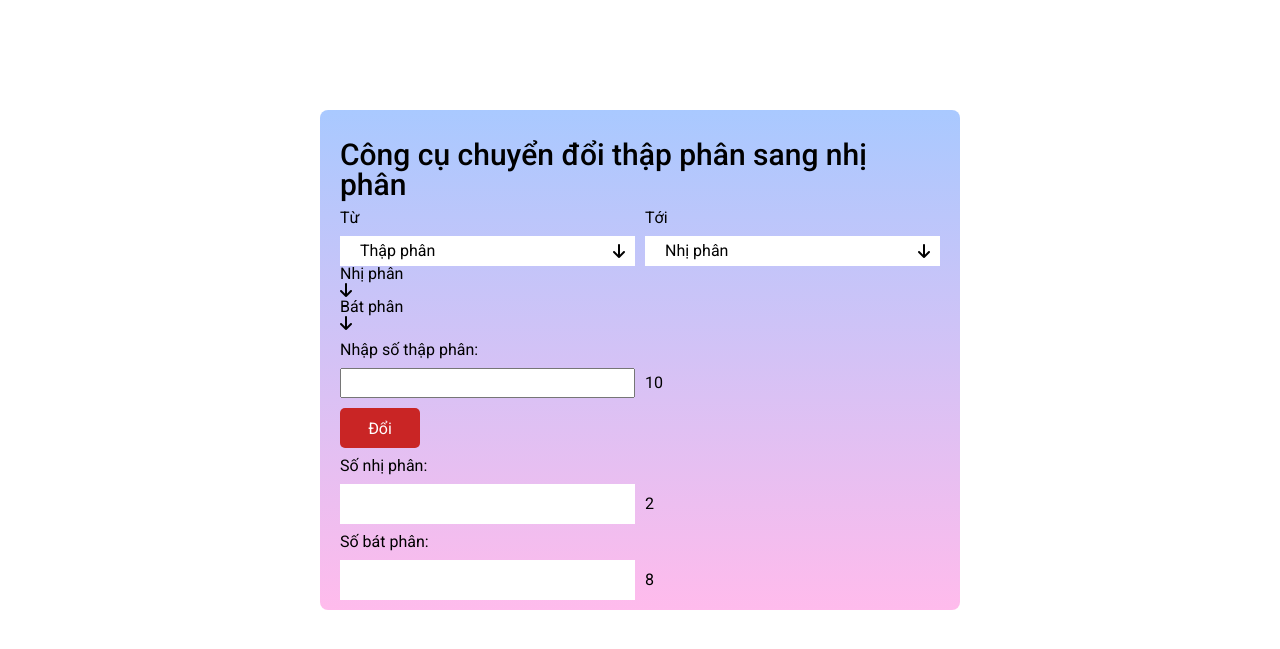
Repository: thuanpham00/covertNumber
Page: index.html
An editor plug-in stored every save of this project. The page is shown before and after a run of saves, followed by the edit.
The browser window is 1280 px wide. The pictures show the whole page.
Some web libraries are served in a nearby version. The style sheet was rebuilt from its Sass, Less or Tailwind sources for each picture, by a compiler version that may differ from the author's.

Above is the page before, as saved 2023-11-05 16:43:10.
Console error: TypeError: Cannot read properties of null (reading 'addEventListener')

### index.html
<!DOCTYPE html>
<html lang="en">
    <head>
        <meta charset="UTF-8" />
        <meta name="viewport" content="width=device-width, initial-scale=1.0" />
        <title>Convert Number</title>
        <link rel="stylesheet" href="./assets/css/main.css" />
        <link rel="preconnect" href="https://fonts.googleapis.com" />
        <link rel="preconnect" href="https://fonts.gstatic.com" crossorigin />
        <link
            href="https://fonts.googleapis.com/css2?family=Roboto:wght@400;500;700;900&display=swap"
            rel="stylesheet"
        />
        <script src="https://kit.fontawesome.com/3115b3f4f1.js"></script>
    </head>
    <body>
        <div class="container">
            <h1 class="title">Công cụ chuyển đổi thập phân sang nhị phân</h1>
            <div class="row">
                <span class="row__desc">Từ</span>
                <span class="row__desc">Tới</span>
            </div>
            <div class="row">
                <div class="row__type">
                    <div class="row__item">Thập phân</div>
                    <div class="row__icon">
                        <i class="fa-solid fa-arrow-down"></i>
                    </div>
                </div>

                <div class="row__type">
                    <div class="row__item">Nhị phân</div>
                    <div class="row__icon">
                        <i class="fa-solid fa-arrow-down"></i>
                    </div>
                </div>
                <div class="list">
                    <div class="row__item">Nhị phân</div>
                    <div class="row__icon">
                        <i class="fa-solid fa-arrow-down"></i>
                    </div>
                    <div class="row__item">Bát phân</div>
                    <div class="row__icon">
                        <i class="fa-solid fa-arrow-down"></i>
                    </div>
                </div>
            </div>
            <div class="container__wrapper">
                <div class="desc">Nhập số thập phân:</div>
                <form class="form" autocomplete="off">
                    <div class="row">
                        <input
                            type="text"
                            class="form__input"
                            name="numberInput"
                            required
                        />
                        <span>10</span>
                    </div>
                    <input type="submit" class="form__submit" value="Đổi" />
                </form>

                <div class="desc">Số nhị phân:</div>
                <div class="row">
                    <div class="result">
                        <span class="result__inner"></span>
                    </div>
                    <span>2</span>
                </div>
                <div class="desc">Số bát phân:</div>
                <div class="row">
                    <div class="result">
                        <span class="result__inner inner-2"></span>
                    </div>
                    <span>8</span>
                </div>
            </div>
        </div>

        <script src="./main.js"></script>
    </body>
</html>

### main.js
// // phần nguyên: integerPart
// // phần thập phân: decimalPart
window.addEventListener("load", function () {
    function convertDecimalToBinary(number) {
        let binary = [];
        let integerPart = Math.floor(number); // làm tròn xuống
        let decimalPart = number - integerPart;

        while (integerPart > 0) {
            let number1 = integerPart % 2;
            binary.unshift(number1);
            integerPart = Math.floor(integerPart / 2);
        }
        if (decimalPart > 0) {
            binary.push(".");

            let min = 0;
            let max = 16;
            while (decimalPart > 0 && min < max) {
                decimalPart = decimalPart * 2;
                let digit = Math.floor(decimalPart);
                binary.push(digit);
                decimalPart = decimalPart - digit;
                min++;
            }
        }
        return binary.join(""); // 8.625 (10) -> 1000.101 (2)
    }

    function convertDecimalToOctal(number) {
        let binary = [];
        let integerPart = Math.floor(number); // làm tròn xuống
        let decimalPart = number - integerPart;

        while (integerPart > 0) {
            let number1 = integerPart % 8;
            binary.unshift(number1);
            integerPart = Math.floor(integerPart / 8);
        }
        if (decimalPart > 0) {
            binary.push(".");

            let min = 0;
            let max = 16;
            while (decimalPart > 0 && min < max) {
                decimalPart = decimalPart * 8;
                let digit = Math.floor(decimalPart);
                binary.push(digit);
                decimalPart = decimalPart - digit;
                min++;
            }
        }
        return binary.join(""); // 11.25 (10) -> 13.2 (8)
    }
    const result = document.querySelector(".result__inner");
    const result2 = document.querySelector(".result__inner.inner-2");
    const form = document.querySelector(".form");
    form.addEventListener("submit", function (e) {
        e.preventDefault();
        const input = parseFloat(this.elements["numberInput"].value);
        result.textContent = convertDecimalToBinary(input);
        result2.textContent = convertDecimalToOctal(input);
    });

    const listType = document.querySelector(".row__list")
    listType.addEventListener("click", function(e) {
        const typeItem = e.target.querySelector(".row__type.type-2")
        typeItem.classList.add("type")
    })
});

### scss/main.scss
html,
body,
div,
span,
applet,
object,
iframe,
h1,
h2,
h3,
h4,
h5,
h6,
p,
blockquote,
pre,
a,
abbr,
acronym,
address,
big,
cite,
code,
del,
dfn,
em,
img,
ins,
kbd,
q,
s,
samp,
small,
strike,
strong,
sub,
sup,
tt,
var,
b,
u,
i,
center,
dl,
dt,
dd,
ol,
ul,
li,
fieldset,
form,
label,
legend,
table,
caption,
tbody,
tfoot,
thead,
tr,
th,
td,
article,
aside,
canvas,
details,
embed,
figure,
figcaption,
footer,
header,
hgroup,
menu,
nav,
output,
ruby,
section,
summary,
time,
mark,
audio,
video {
    margin: 0;
    padding: 0;
    border: 0;
    font-size: 100%;
    font: inherit;
    vertical-align: baseline;
}
/* HTML5 display-role reset for older browsers */
article,
aside,
details,
figcaption,
figure,
footer,
header,
hgroup,
menu,
nav,
section {
    display: block;
}
body {
    line-height: 1;
}
ol,
ul {
    list-style: none;
}
blockquote,
q {
    quotes: none;
}
blockquote:before,
blockquote:after,
q:before,
q:after {
    content: "";
    content: none;
}
table {
    border-collapse: collapse;
    border-spacing: 0;
}

*,
::after,
::before {
    box-sizing: border-box;
}

html {
    font-size: 62.5%;
}

body {
    background: #fff;
    font-size: 1.6rem;
    font-family: "Roboto", sans-serif;
}

input,
select,
textarea,
button {
    font-size: inherit;
    font-family: inherit;
}

.container {
    background-color: #a9c9ff;
    background-image: linear-gradient(180deg, #a9c9ff 0%, #ffbbec 100%);

    border-radius: 8px;
    padding: 10px 20px;
    height: 500px;
    position: absolute;
    top: 50%;
    left: 50%;
    transform: translate(-50%, -50%);

    .title {
        margin-top: 20px;
        font-size: 3rem;
        font-weight: 500;
    }

    .row {
        margin-top: 10px;
        display: grid;
        align-items: center;
        grid-template-columns: 1fr 1fr;
        column-gap: 10px;

        .row__type {
            display: flex;
            align-items: center;
            justify-content: space-between;
            padding-left: 20px;
            padding-right: 10px;
            height: 30px;
            width: 100%;
            background: #fff;

            pointer-events: none;

            > i {
                font-size: 0.6rem;
            }
        }

        .result {
            width: 100%;
            height: 40px;
            background: #fff;
            display: flex;
            align-items: center;
            padding-left: 20px;
        }
    }

    .desc {
        margin-top: 10px;
    }

    .form__input {
        height: 30px;
        padding: 5px 0px 5px 20px;
        outline: none;
    }

    .form__submit {
        margin-top: 10px;
        width: 80px;
        height: 40px;
        border-radius: 5px;
        background: #c92525;
        color: #fff;
        outline: none;
        border: none;
    }
}

After the next 4 saves:
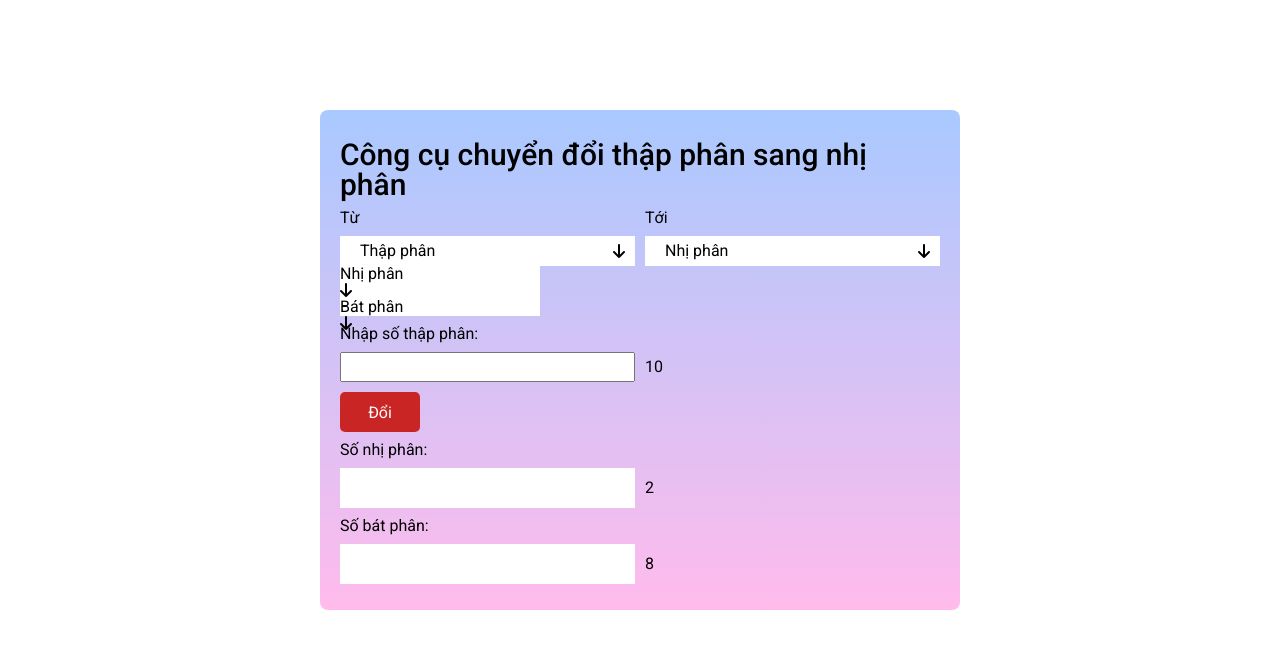
The 4 saves are shown as one change because 1 did not build or start and some came seconds apart.
The last was saved 39 s later.
--- a/scss/main.scss
+++ b/scss/main.scss
@@ -220,3 +220,9 @@ button {
         border: none;
     }
 }
+
+.list {
+    height: 50px;
+    width: 200px;
+    background: #fff;
+}
